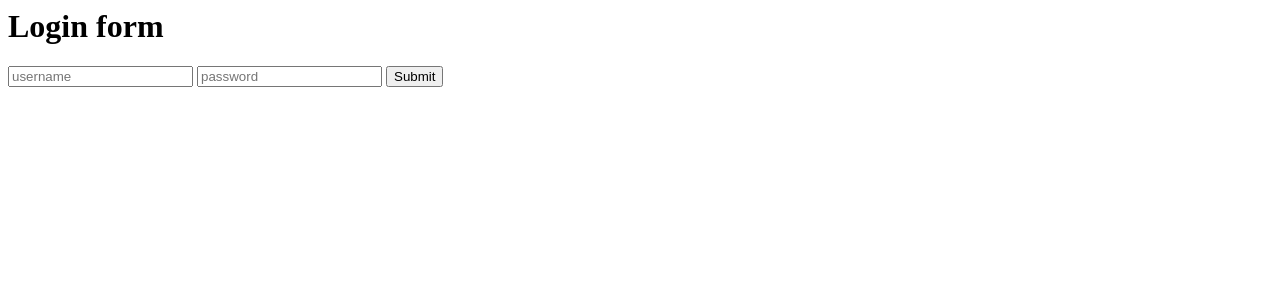
Repository: N-Verma/Webdev-Backend-
Page: http://localhost/login
The author's editor kept a record of every edit. The page is drawn from the files as they stood at one moment, then again after the next edit.
The browser window is 1280 px wide. The pictures show the whole page.
The page is served by the project's Node server (AuthDemo/app.js).

Above is the page before.

After the next edit:
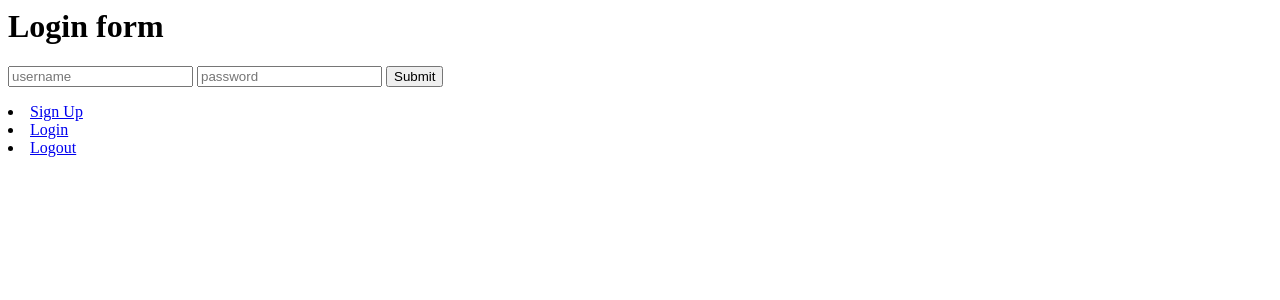
The edit:
--- a/Web dev (backend)/environment/AuthDemo/views/login.ejs
+++ b/Web dev (backend)/environment/AuthDemo/views/login.ejs
@@ -4,3 +4,7 @@
     <input type="password" name="password" placeholder="password">
     <button>Submit</button>
 </form>
+
+<li><a href="/register">Sign Up</li>
+<li><a href="/login">Login</a></li>
+<li><a href="/logout">Logout</a></li>
